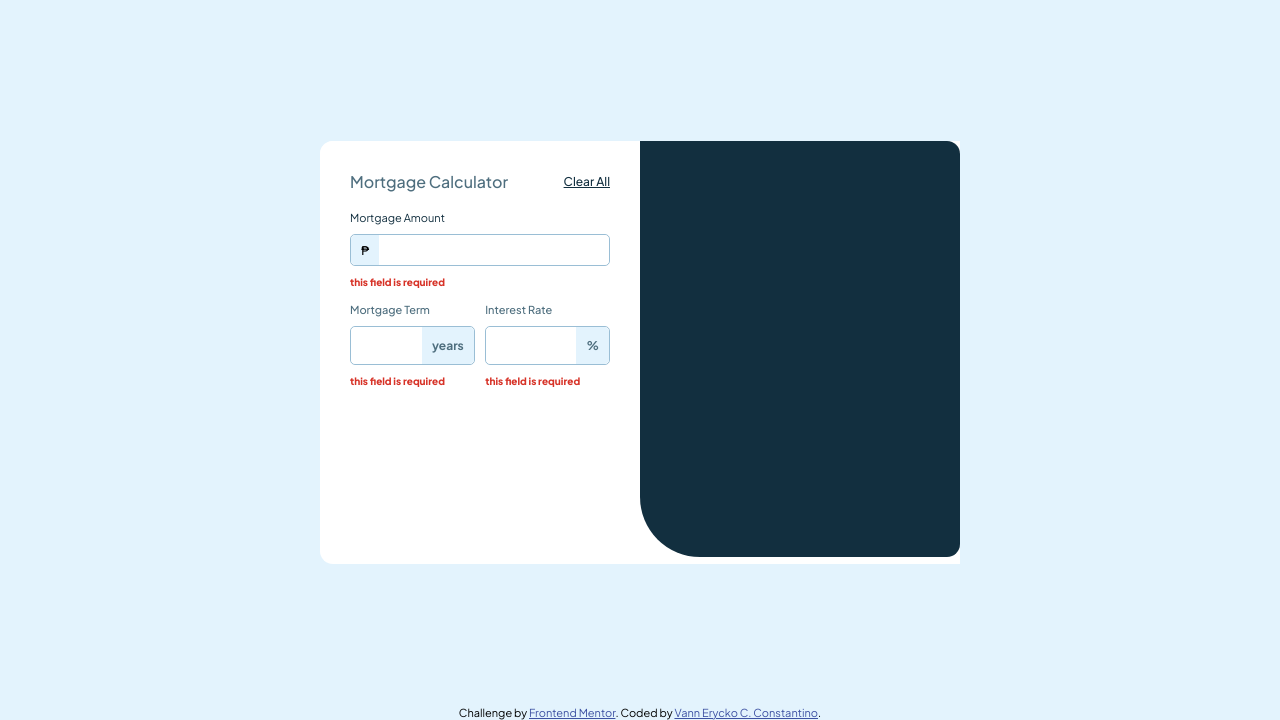
Repository: kocokoy/mortgage-repayment-calculator
Page: index.html
An editor plug-in stored every save of this project. The page is shown before and after a run of saves, followed by the edit.
The browser window is 1280 px wide. The pictures show the whole page.

Above is the page before, as saved 2024-10-29 14:04:06.

### index.html
<!DOCTYPE html>
<html lang="en">
<head>
  <meta charset="UTF-8">
  <meta name="viewport" content="width=device-width, initial-scale=1.0"> <!-- displays site properly based on user's device -->

  <link rel="icon" type="image/png" sizes="32x32" href="./assets/images/favicon-32x32.png">
  <link rel="stylesheet" href="/styles/style.css">
  <link rel="preconnect" href="https://fonts.googleapis.com">
<link rel="preconnect" href="https://fonts.gstatic.com" crossorigin>
<link href="https://fonts.googleapis.com/css2?family=Karla:ital,wght@0,200..800;1,200..800&family=Plus+Jakarta+Sans:ital,wght@0,200..800;1,200..800&family=Red+Hat+Text:ital,wght@0,300..700;1,300..700&display=swap" rel="stylesheet">

  <title>Frontend Mentor | Mortgage repayment calculator</title>
</head>
<body>
  <div class="container">
    <div class="container-card">
      <div class="mortgage-calculator-side">
        <div class="mortgage-calculator-header">
          <p>Mortgage Calculator</p>
          <button>Clear All</button>
        </div>
        <div class="mortgage-calculator-amount">
          <p>Mortgage Amount</p>
          <div class="mortgage-calculator-amount-input">
            <div>&#8369;</div>
            <input type="text">
          </div>
          <div class="field-require-text">
            this field is required
          </div>
        </div>
        <div class="mortgage-calculator-term-and-interest">
          <div class="mortgage-calculator-term-section">
            <p>Mortgage Term</p>
            <div class="mortgage-calculator-term-section-mortgage">
              <input type="text" name="" id="">
              <div>years</div>
            </div>
            <div class="field-require-text">
              this field is required
            </div>
          </div>
          <div class="mortgage-calculator-term-section">
            <p>Interest Rate</p>
            <div class="mortgage-calculator-term-section-mortgage">
              <input type="text" name="" id="">
              <div>%</div>
            </div>
            <div class="field-require-text">
              this field is required
            </div>
          </div>
        </div>
        <div></div>
        <div></div>
      </div>
      <div class="result-side"></div>
    </div>
  </div>


  <div class="attribution">
    Challenge by <a href="https://www.frontendmentor.io?ref=challenge">Frontend Mentor</a>.
    Coded by <a href="#">Vann Erycko C. Constantino</a>.
  </div>
</body>
</html>

### styles/style.css
:root{
/* Primary */

--lime: hsl(61, 70%, 52%);
--red: hsl(4, 69%, 50%);

/* Neutral */

--white: hsl(0, 0%, 100%);
--slate100: hsl(202, 86%, 94%);
--slate300: hsl(203, 41%, 72%);
--slate500: hsl(200, 26%, 54%);
--slate700: hsl(200, 24%, 40%);
--slate900: hsl(202, 55%, 16%);
}

.attribution {
  font-size: 11px; text-align: center;
 }
.attribution a {
  color: hsl(228, 45%, 44%);
 }

 *{
  font-family: Plus Jakarta Sans;
 }

body{
  margin: 0;
  padding: 0;
  background-color: var(--slate100);
}
.container{
  height: 98vh;
  display: flex;
  flex-direction: column;
  justify-content: center;
  align-items: center;
}
.container-card{
  display: flex;
  flex-direction: row;
  height: 60%;
  width: 50%;
  background-color: var(--white);
  border-bottom-left-radius: 13px;
  border-top-left-radius: 13px;
}

.field-require-text{
  margin-top: 10px;
  color: var(--red);
  font-size: 10px;
  font-weight: 900;
  /* margin-bottom: 1px; */
  /* display: none; */
}
.mortgage-calculator-side{
height: 84%;
width: 50%;
background-color: var(--white);
border-bottom-left-radius: 13px;
border-top-left-radius: 13px;
padding: 30px;

}
.result-side{
  height: 84%;
  width: 50%;
  padding: 30px;
  overflow: hidden;
  background-color: var(--slate900);
  border-bottom-left-radius: 60px;
  border-bottom-right-radius: 13px;
  border-top-right-radius: 13px;

}

/*Mortgage Calculator Header */
.mortgage-calculator-header{
  display: flex;
  flex-direction: row;
  align-items: center;
  justify-content: space-between;
}
.mortgage-calculator-header p{
 margin: 0;
 font-weight: 500;
 color: var(--slate700);
}
.mortgage-calculator-header button{
 margin: 0;
 font-weight: 500;
 font-size: 12px;
 color: var(--slate900);
 background-color: var(--white);
 text-decoration: underline;
 cursor: pointer;
 border: none;
 padding: 0;
}

/*Mortgage Calculator Amount  */
.mortgage-calculator-amount{
  padding-top: 19px ;
  display: flex;
  flex-direction: column;
  margin-bottom: 15px;
}
.mortgage-calculator-amount p{
  margin: 0;
  font-size: 11px;
  color: var(--slate900);
  padding-bottom: 10px;
}

.mortgage-calculator-amount-input{
  display: flex;
  flex-direction: row;
  height: 30px;
  border: 1px solid var(--slate300);
  border-radius: 5px;
}
.mortgage-calculator-amount-input div{
  background-color: var(--slate100);
  height: 100%;
  width: 35px;
  display: flex;
  justify-content: center;
  align-items: center;
  font-size: 12px;
  font-weight: 500;
  border: none;
  border-top-left-radius: 5px;
  border-bottom-left-radius: 5px;
}
.mortgage-calculator-amount-input input{
  width: 100%;
  border: none;
  border-top-right-radius: 5px;
  border-bottom-right-radius: 5px;
  padding: 0 10px;
}

.mortgage-calculator-amount-input input:focus{
  outline: none;
}

/* Mortgage Calculator Mortgage Term and Interest Rate */

.mortgage-calculator-term-and-interest{
  display: flex;
  flex-direction: row;
  width: 100;
  justify-content: space-between;
}
.mortgage-calculator-term-section{
  width: 48%;
}
.mortgage-calculator-term-section p{
  margin: 0;
  font-size: 11px;
  color: var(--slate700);
  padding-bottom: 10px;
  font-weight: 500;
}

.mortgage-calculator-term-section-mortgage{
  display: flex;
  flex-direction: row;
  border: 1px solid var(--slate300);
  border-radius: 5px;
}

.mortgage-calculator-term-section-mortgage input{
  width: 90%;
  padding: 10px;
  font-weight: 700;
  border: none;
  border-top-left-radius: 5px;
  border-bottom-left-radius: 5px;
}
.mortgage-calculator-term-section-mortgage div{
  width: auto;
  background-color: var(--slate100);
  color: var(--slate700);
  font-size: 12px;
  display: flex;
  justify-content: center;
  align-items: center;
  font-weight: 700;
  padding: 7px 10px;
  border-top-right-radius: 5px;
  border-bottom-right-radius: 5px;
}

.mortgage-calculator-term-section-mortgage input:focus{
  outline: none;
}

After the next 2 saves:
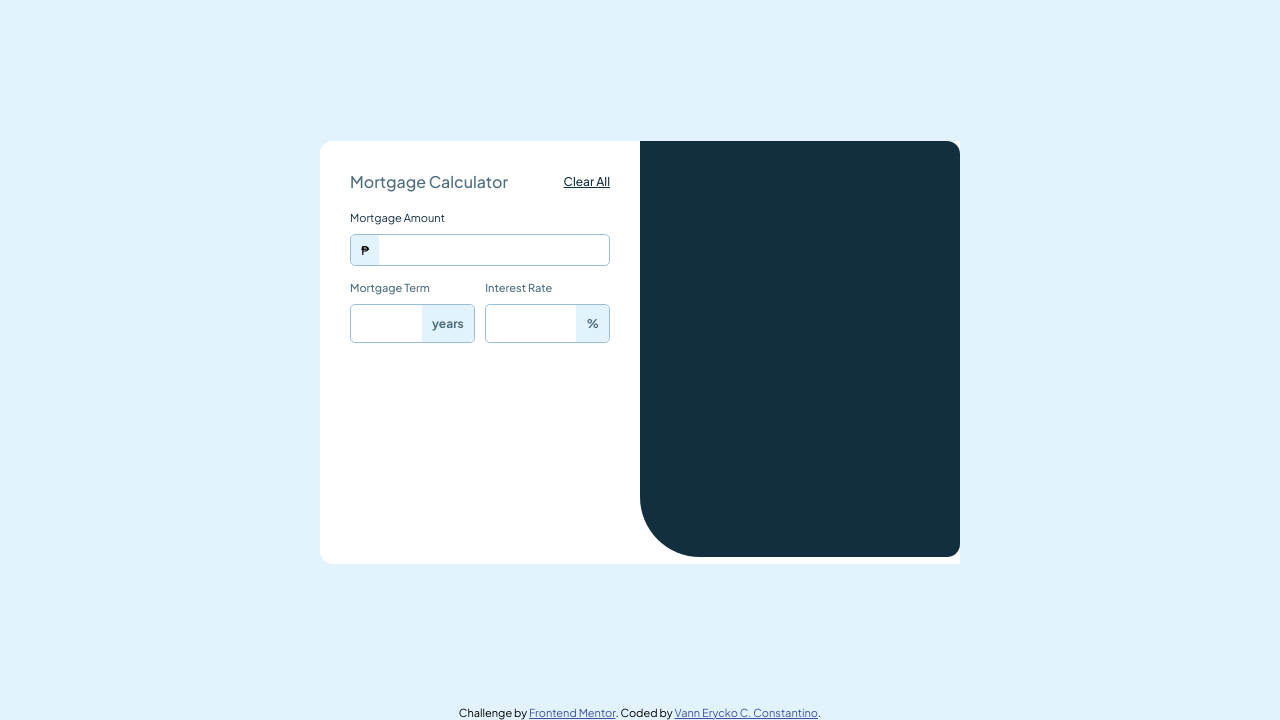
The 2 saves are shown as one change because they came seconds apart.
The last was saved 8 s later.
--- a/styles/style.css
+++ b/styles/style.css
@@ -52,8 +52,8 @@ body{
   color: var(--red);
   font-size: 10px;
   font-weight: 900;
-  /* margin-bottom: 1px; */
-  /* display: none; */
+  margin-bottom: 3px;
+  display: none;
 }
 .mortgage-calculator-side{
 height: 84%;
